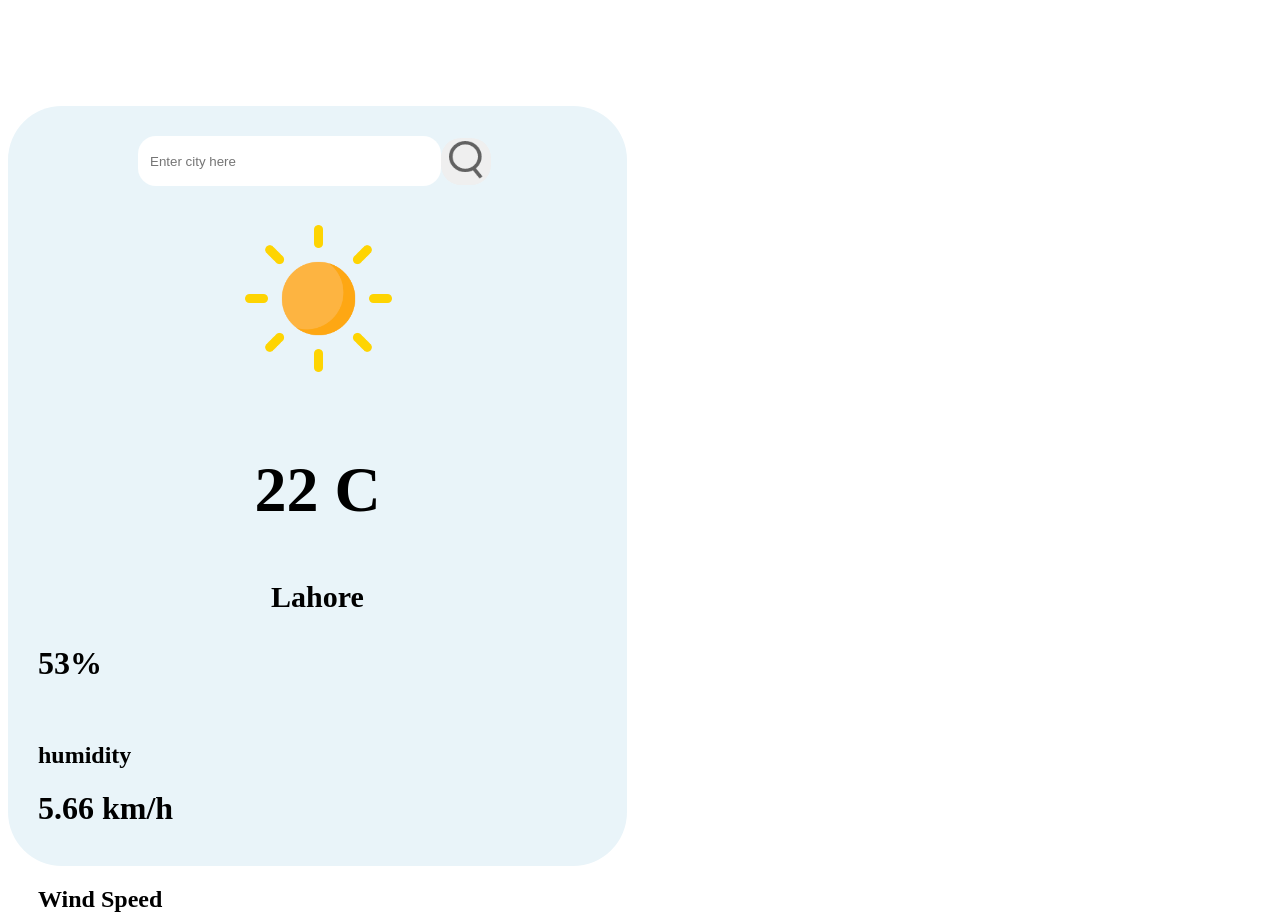
Repository: WajihaGul/Javascripts-Projects
Page: WEATHER APP/index.html
The author's editor kept a copy of each file at every save. The page is drawn from the files as they stood at one save, then again after the next save.
The browser window is 1280 px wide. The pictures show the whole page.

Above is the page before, as saved 2024-06-07 16:00:49.
Not found: WEATHER APP/script.js

After the next save:
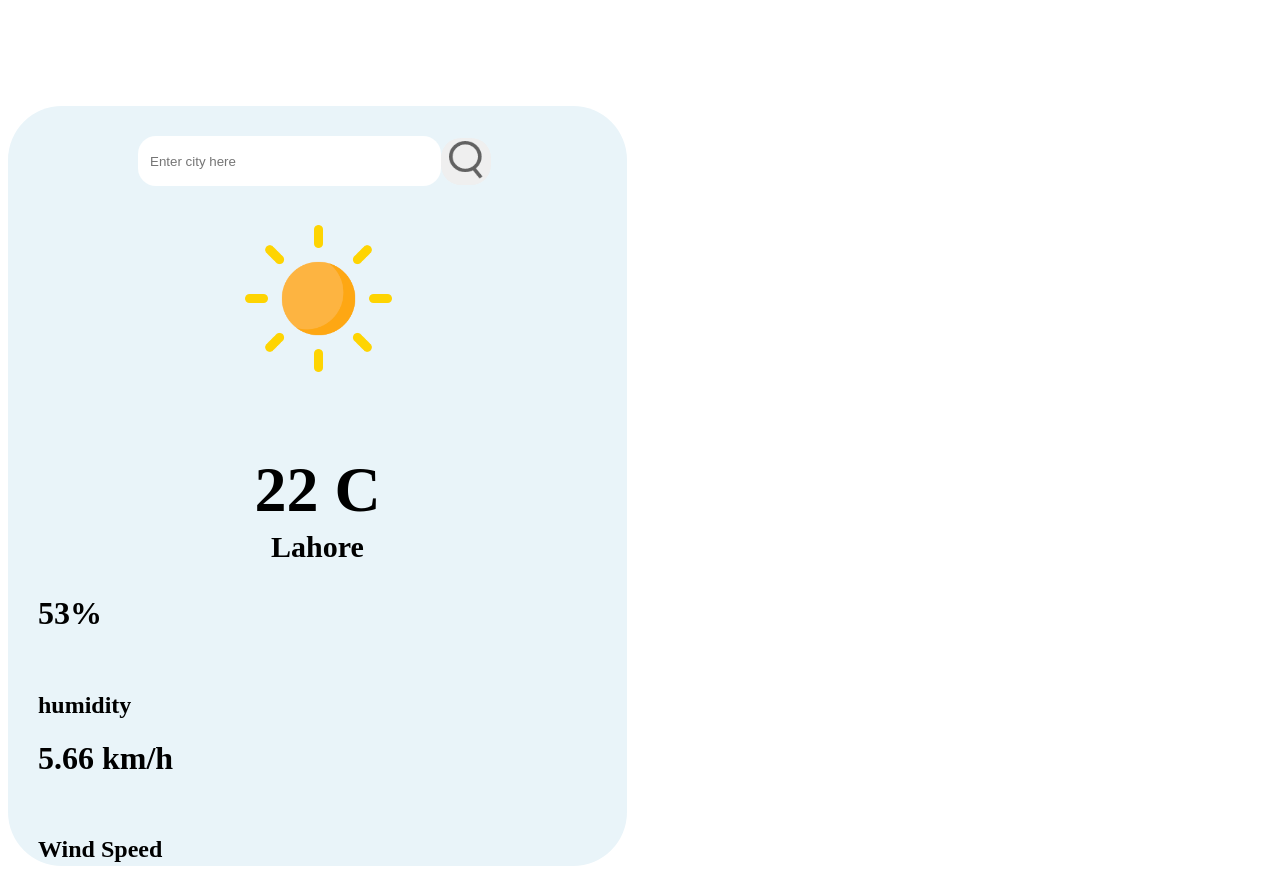
Saved 19 s later.
--- a/WEATHER APP/style.css
+++ b/WEATHER APP/style.css
@@ -49,5 +49,6 @@
     align-items: center;
     justify-content: center;
     font-size: 30px;
+    margin-top: -50px;
     padding: 10px;
 }
